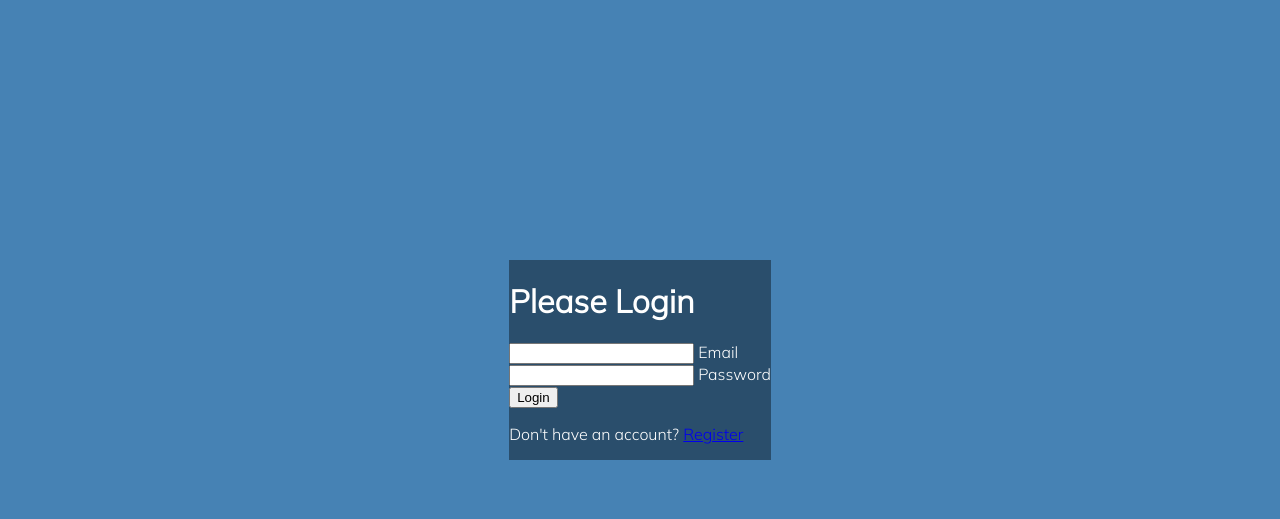
Repository: Berkan71/js-example-little-projects
Page: form-input-wave/index.html
These files come from the project's save history. The page is drawn as it stood at one moment and after the next save; the edit follows.
The browser window is 1280 px wide. The pictures show the whole page.

Above is the page before, as saved 2022-07-27 21:23:31.

After the next save:
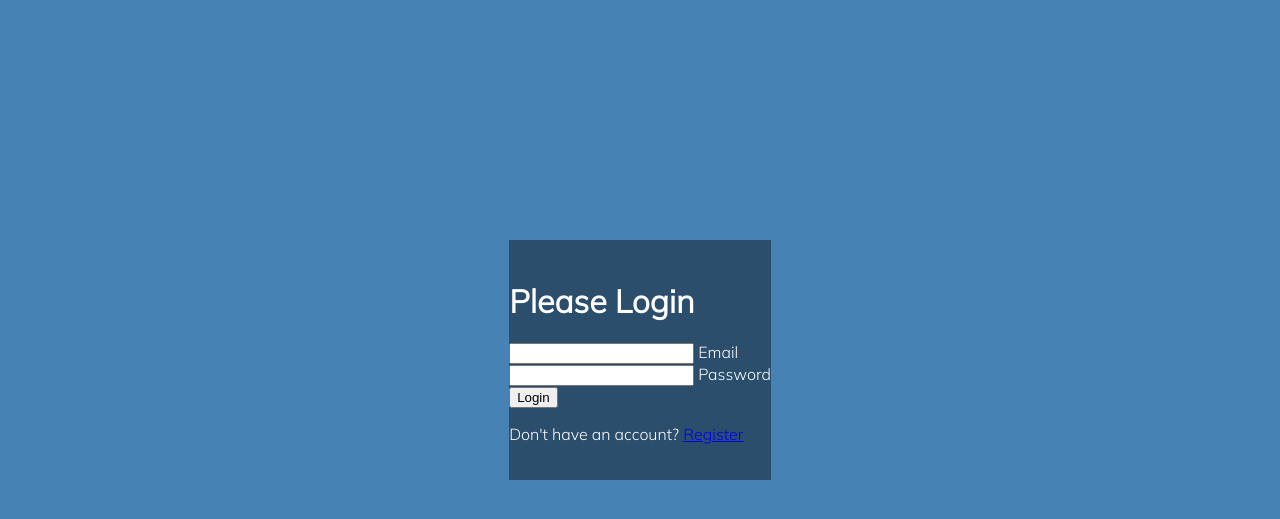
Saved 16 s later.
--- a/form-input-wave/style.css
+++ b/form-input-wave/style.css
@@ -19,4 +19,5 @@ body {
 
 .container {
     background-color: rgba(0, 0, 0, 0.4);
+    padding: 20px 0;
 }
